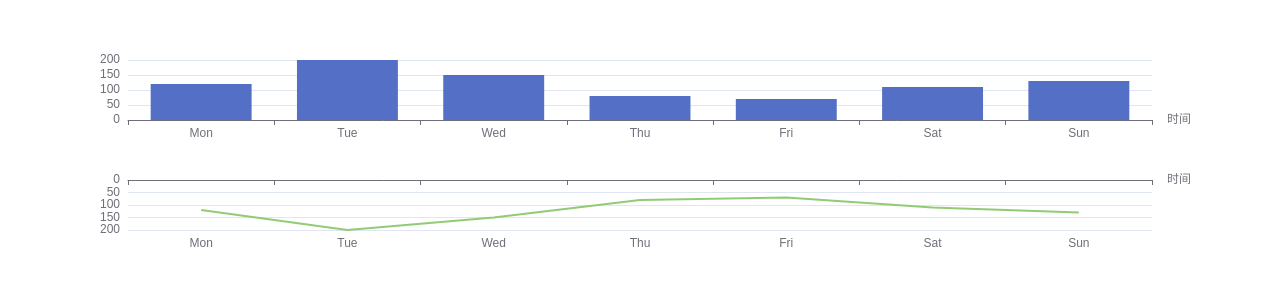
Repository: LeP-Ton/curve
Page: /
An editor plug-in stored every save of this project. The page is shown before and after the next save, followed by the edit.
The browser window is 1280 px wide. The pictures show the whole page.
The project was rebuilt for these pictures with package versions that can differ from the ones it lists, and the page was loaded fresh each time.

Above is the page before, as saved 2022-08-18 17:13:34.

### src/index.js
import React from "react";
import ReactDOM from "react-dom/client";
import "./index.css";
import Echart from "./Echart";
import reportWebVitals from "./reportWebVitals";

const root = ReactDOM.createRoot(document.getElementById("root"));
const option = {
  tooltip: {
    trigger: "axis",
    // formatter:function(params){
    //   console.log("---",params[0]);
    //   return(`${params[0].axisId}:${params[0].axisValue} ${params[0].seriesName}:${params[0].value}`)
    // }
  },
  xAxis: [
    {
      name: "时间",
      type: "category",
      data: ["Mon", "Tue", "Wed", "Thu", "Fri", "Sat", "Sun"],
    },
    {
      name: "时间",
      type: "category",
      data: ["Mon", "Tue", "Wed", "Thu", "Fri", "Sat", "Sun"],
      gridIndex: 1
    },
  ],
  yAxis: [
    {},
    {
      type: "value",
      inverse: true,
      gridIndex: 1
    },
  ],
  grid: [
    {
      bottom: '60%'
    },
    {
      top: '60%'
    }
  ],
  series: [
    {
      name: "温度",
      data: [120, 200, 150, 80, 70, 110, 130],
      type: "bar",
    },
    {
      type: "line",
      showSymbol: false,
      data: [120, 200, 150, 80, 70, 110, 130],
      xAxisIndex: 1,
      yAxisIndex: 1,
    },
  ],
};
root.render(
  <React.StrictMode>
    <Echart options={option} style={{ height: "300px" }} />
  </React.StrictMode>
);

// If you want to start measuring performance in your app, pass a function
// to log results (for example: reportWebVitals(console.log))
// or send to an analytics endpoint. Learn more: https://bit.ly/CRA-vitals
reportWebVitals();

### src/Echart.js
import React, {
  useEffect,
  useRef,
  useState
} from 'react';
import * as echarts from 'echarts';

const Echart = props => {
  const { options, style } = props;
  const chartRef = useRef();
  const [myChart, setMyChart] = useState(null);

  const resizeEcharts = () => {
    myChart.resize();
  };

  useEffect(() => {
    setMyChart(echarts.init(chartRef.current));
  }, []);

  useEffect(() => {
    if (myChart) {
      window.addEventListener('resize', resizeEcharts);
      return () => {
        window.removeEventListener('resize', resizeEcharts);
        myChart.dispose();
        setMyChart(null);
      };
    }
  }, [myChart]);

  useEffect(() => {
    myChart && myChart.setOption(options);
  }, [myChart, options]);

  return <div ref={chartRef} className="default-charts" style={style} />;
};

export default Echart;

Loaded but not shown: public/index.html (common file); src/index.css (common file); src/reportWebVitals.js (common file)

After the next save:
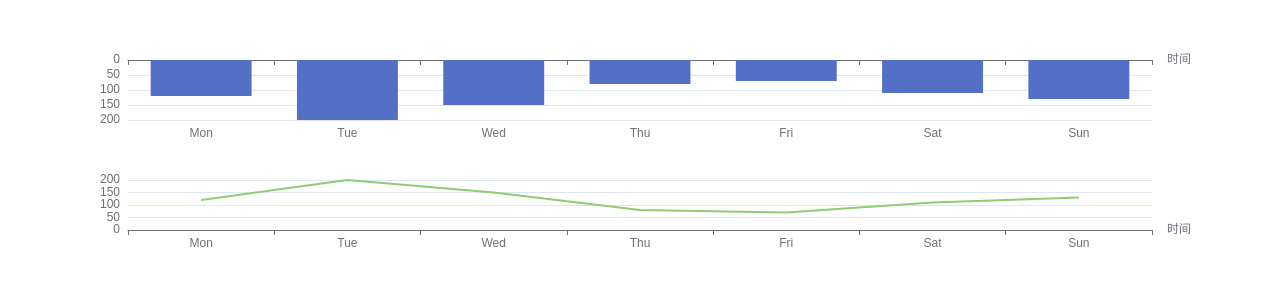
Saved 39 s later.
--- a/src/index.js
+++ b/src/index.js
@@ -27,12 +27,14 @@ const option = {
     },
   ],
   yAxis: [
-    {},
     {
       type: "value",
       inverse: true,
+    },
+    {
       gridIndex: 1
     },
+
   ],
   grid: [
     {
